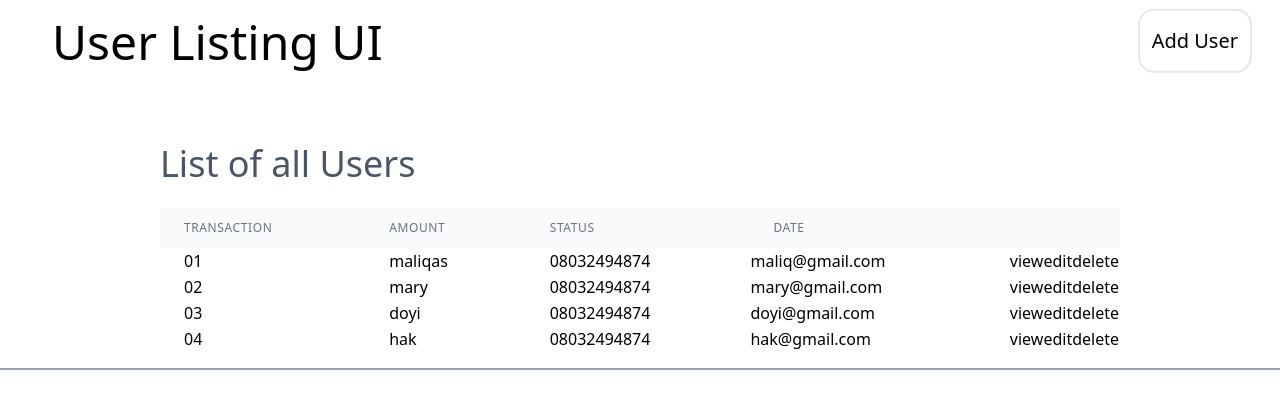
Repository: Marlstergo/listings
Page: / (app in client/)
The author's editor kept a copy of each file at every save. The page is drawn from the files as they stood at one save, then again after the next save.
The browser window is 1280 px wide. The pictures show the whole page.
The project was rebuilt for these pictures with package versions that can differ from the ones it lists, and the page was loaded fresh each time. Also part of the build but not shown: client/craco.config.js, client/src/components/Loader.js, client/src/components/List.js, client/src/components/EditUser.js.

Above is the page before, as saved 2021-07-21 16:35:25.

### client/src/index.js
/* eslint-disable no-unused-vars */
import React from "react";
import ReactDOM from "react-dom";
import "./index.css";
import App from "./App";
import reportWebVitals from "./reportWebVitals";
import { BrowserRouter as Router } from 'react-router-dom';
import { Provider } from "react-redux";
import { store } from "./redux/store";
import { PersistGate } from "redux-persist/integration/react";
import { persistor } from "./redux/store";

ReactDOM.render(
  <React.StrictMode>
    <Provider store={store}>
      <Router>
        <PersistGate persistor={persistor}>
          <App />
        </PersistGate>
      </Router>
    </Provider>
  </React.StrictMode>,
  document.getElementById("root")
);

// If you want to start measuring performance in your app, pass a function
// to log results (for example: reportWebVitals(console.log))
// or send to an analytics endpoint. Learn more: https://bit.ly/CRA-vitals
reportWebVitals();

### client/src/App.js
import React, { useState } from "react";
import { BrowserRouter, Route, Switch, useLocation } from "react-router-dom";
import Header from "./components/Header";
import Home from "./components/Home";
import List from "./components/List";
// import Toppings from "./components/Toppings";
import Order from "./components/EditUser";
// import Modal from "./components/Modal";
import { AnimatePresence } from "framer-motion";

function App() {
  const location = useLocation();
  const showModal = true;

  return (
    <>
      <Header />
      {/* <Modal showModal={showModal} /> */}
      <AnimatePresence exitBeforeEnter>
        <BrowserRouter>
          <Switch>
            <Route exact name="home" path="/">
              <Home />
            </Route>
            {/* <Route exact path="/createUpdateUser">
            <Toppings />
          </Route> */}
            <Route path="/edit" exact name="order">
              <Order />
            </Route>
            <Route path="/view" exact name="view">
              <List/>
            </Route>
          </Switch>
        </BrowserRouter>
      </AnimatePresence>
    </>
  );
}

export default App;

### client/src/redux/store.js
import { createStore, applyMiddleware } from "redux";
import { logger } from 'redux-logger';
import {persistStore} from 'redux-persist';
// import thunk from 'redux-thunk'
import createSagaMiddleware from 'redux-saga'

import rootSaga from './root-sagas'

import rootReducer from './root-reducer';

const sagaMiddleware = createSagaMiddleware()

const middleware = [sagaMiddleware];

if( process.env.NODE_ENV === 'development'){
    middleware.push(logger)
}

export const store = createStore(rootReducer, applyMiddleware(...middleware))

sagaMiddleware.run(rootSaga)

export const persistor = persistStore(store)

export default (store, persistor);

### client/src/components/Header.js
import React from "react";
import { motion } from "framer-motion";

const svgVariants = {
  hidden: { rotate: -180 },
  visible: {
    rotate: 0,
    transition: { duration: 1 },
  },
};

const pathVariants = {
  hidden: {
    opacity: 0,
    pathLength: 0,
  },
  visible: {
    opacity: 1,
    pathLength: 1,
    transition: {
      duration: 2,
      ease: "easeInOut",
    },
  },
};

const buttonVariants = {
  show: {
    y: [0, -20],
    x: 0,
    textShadow: "0px 0px 8px rgb(255,255,255)",
    boxShadow: "0px 0px 8px rgb(255,255,255)",
    transition: {
      duration: 0.3,
      yoyo: Infinity,
      ease: 'easeOut'
    },
  },
};

const Header = () => {
  return (
    <header className="flex p-7 w-screen justify-between  items-center">
      {/* <motion.div
        className="logo"
        drag
        dragConstraints={{ left: 0, top: 0, right: 0, bottom: 0 }}
        dragElastic={0.7}
      >

      </motion.div> */}
      <motion.div
        className=" flex justify-between w-full ml-6 text-xs"
        initial={{ y: -250 }}
        animate={{ y: -10 }}
        transition={{ delay: 0.2, type: "spring", stiffness: 120 }}
      >
        <h1 className=" pb-4 text-5xl">User Listing UI</h1>
        <motion.button variants={buttonVariants} whileHover="hover"
        animate="show"
        className="text-xl border-2 px-3 rounded-2xl active:bg-gray-200"
        >
          Add User
        </motion.button>
      </motion.div>
    </header>
  );
};

export default Header;

### client/src/components/Home.js
import React from "react";
import { Link } from "react-router-dom";
import { motion } from "framer-motion";
import Loader from "./Loader";
import UserRow from "./UserRow";



const containerVariants = {
  hidden: {
    opacity: 0,
  },
  visible: {
    opacity: 1,
    transition: { delay: 1.5, duration: 1.5 },
  },
  exit: {
    x: "-100vh",
    transition: { ease: "easeInOut" },
  },
};
const buttonVariants = {
  hover: {
    scale: 1.1,
    textShadow: "0px 0px 8px rgb(255,255,255)",
    boxShadow: "0px 0px 8px rgb(255,255,255)",
    transition: {
      duration: 0.3,
      yoyo: Infinity
    }
  }
}
const users = [
  {
    id: '01',
    name: "maliqas",
    email: "maliq@gmail.com",
    phone: '08032494874'
  },
  {
    id: '02',
    name: "mary",
    email: "mary@gmail.com",
    phone: '08032494874'
  },
  {
    id: '03',
    name: "doyi",
    email: "doyi@gmail.com",
    phone: '08032494874'
  },
  {
    id: '04',
    name: "hak",
    email: "hak@gmail.com",
    phone: '08032494874'
  },
];
const Home = () => {
  return (
    <motion.div
      className="  pb-4 mb-4 border-b-2 border-gray-400 flex flex-col items-center"
      variants={containerVariants}
      initial="hidden"
      animate="visible"
      exit="exit"
    >
      <div className="w-3/4 ">
        <h1 className="text-gray-600 py-6 text-4xl">List of all Users</h1>

        <table className="min-w-full divide-y divide-gray-200">
          <thead>
            <tr>
              <th className="px-6 py-3 bg-gray-50 text-left text-xs font-medium text-gray-500 uppercase tracking-wider">
                Transaction
              </th>
              <th className="px-6 py-3 bg-gray-50 text-left text-xs font-medium text-gray-500 uppercase tracking-wider">
                Amount
              </th>
              <th className=" px-6 py-3 bg-gray-50 text-left text-xs font-medium text-gray-500 uppercase tracking-wider">
                Status
              </th>
              <th className="px-6 py-3 bg-gray-50 text-left text-xs font-medium text-gray-500 uppercase tracking-wider">
                Date
              </th>
            </tr>
            {
              users.map((user) =>(
                <UserRow name={user.name} id={user.id} email={user.email} phone={user.phone} />
              ))
            }
          </thead>
        </table>
      </div>
    </motion.div>
  );
};

export default Home;

### client/src/redux/root-sagas.js
import {all, call} from 'redux-saga/effects'
import {userSagas} from './user/user.sagas'


export default function* rootSaga(){
    yield all([
        call(userSagas),
    ])
}

### client/src/redux/root-reducer.js
import {combineReducers} from 'redux'
import userReducer from './user/user.reducer'
// import cartReducer from './cart/cart.reducer'
import {persistReducer} from 'redux-persist'
import storage from 'redux-persist/lib/storage'
// import directoryReducer from './directory/directory.reducer'
// import shopReducer from './shop/shop.reducer'

const persistConfig ={
    key: 'root',
    storage,
    whitelist: ['' ]
}
const rootReducer = combineReducers({
    user: userReducer,

})
export default persistReducer(persistConfig, rootReducer)

### client/src/components/UserRow.jsx
import React from "react";

const UserRow = ({ id, name, phone, email }) => {
  console.log(phone);
  return (
    <tr>
      <td className="px-6">{id}</td>
      <td className="px-6">{name}</td>
      <td className="px-6">{phone}</td>
      <td className=" flex justify-between ">
        <p className="">{email}</p>
        <span className="">
          <button>view</button>
          <button>edit</button>
          <button>delete</button>
        </span>
      </td>
    </tr>
  );
};

export default UserRow;

### client/src/redux/user/user.sagas.js
import { all, call, put, takeLatest } from "redux-saga/effects";

import UserActionTypes from "./user.types";
import { loadUserDetail } from "./user.action";
// import axios from "axios";
// import { getUserDetailsURL } from "../../components/stringConstants";

export function* getDetails() {
  yield console.log("i fired");

  // try {
  //   console.log("inside try");

  //   const res = yield axios.get(getUserDetailsURL);
  //   const data = yield res.data;
  //   console.log(res);
  //   yield put(loadUserDetail(data ? data.data[0] : {}));
  // } catch (err) {
  //   console.log(err.response);
  //   if (err.response && err.response.statusText === "Not Found") {
  //     // console.log("");
  //     window.location.href = "/profile/settings?newUser=0837";
  //   }
  // }
}

export function* getUserDetails() {
  yield takeLatest(UserActionTypes.GET_USER_DETAIL, getDetails);
}
// export function* loadUserDetails(){
//     yield takeLatest(UserActionTypes.LOAD_USER_DETAIL, loadDetails)
// }

export function* userSagas() {
  yield all([call(getUserDetails)]);
}

### client/src/redux/user/user.reducer.js
import UserActionTypes from "./user.types";
const INITIAL_STATE = {
  // currentUser: null,
  userDetail: {},
  demo: 'i am demo',
  location: null

};
const userReducer = (state = INITIAL_STATE, action) => {
  switch (action.type) {

    case UserActionTypes.LOAD_USER_DETAIL:
      return {
        ...state,
        userDetail: action.payload,
      };

    case UserActionTypes.COLLECT_GEOLOCATION:
      return {
        ...state,
        location: action.payload
      }
    default:
      return state;
  }
};

export default userReducer;

### client/src/redux/user/user.types.js
const UserActionTypes ={
    GOOGLE_SIGN_IN_START : 'GOOGLE_SIGN_IN_START',
    SIGN_IN_SUCCESS : 'SIGN_IN_SUCCESS',
    SIGN_IN_FAILURE : 'SIGN_IN_FAILURE',
    GET_USER_DETAIL: 'GET_USER_DETAIL',
    LOAD_USER_DETAIL: 'LOAD_USER_DETAIL',
    COLLECT_GEOLOCATION: 'COLLECT_GEOLOCATION',
    FETCH_GEOLOCATION: 'FETCH_GEOLOCATION'
}
export default UserActionTypes;

### client/src/redux/user/user.action.js
import UserActionTypes from './user.types'



// export const googleSignInStart = () => ({
//     type: UserActionTypes.GOOGLE_SIGN_IN_START
// })

// export const signInSuccess = (user) => ({
//     type: UserActionTypes.SIGN_IN_SUCCESS,
//     payload: user
// })

export const getUserDetail = () => ({
    type: UserActionTypes.GET_USER_DETAIL,

})
export const loadUserDetail = (details) => ({
    type: UserActionTypes.LOAD_USER_DETAIL,
    payload: details
})

export const fetchGeoloction = () => ({
    type: UserActionTypes.FETCH_GEOLOCATION
})
export const collectGeolocation = (location) => ({
    type: UserActionTypes.COLLECT_GEOLOCATION,
    payload: location
})
// })

### client/tailwind.config.js
// tailwind.config.js
module.exports = {
  // mode:'jit',
  purge: ["./src/**/*.{js,jsx,ts,tsx}", "./public/index.html"],
  darkMode: false, // or 'media' or 'class'
  theme: {
    extend: {},
  },
  variants: {
    extend: {
      backgroundColor: ["active"],
    },
  },
  plugins: [],
};

Loaded but not shown: client/public/index.html (common file); client/src/index.css (common file); client/src/reportWebVitals.js (common file)

After the next save:
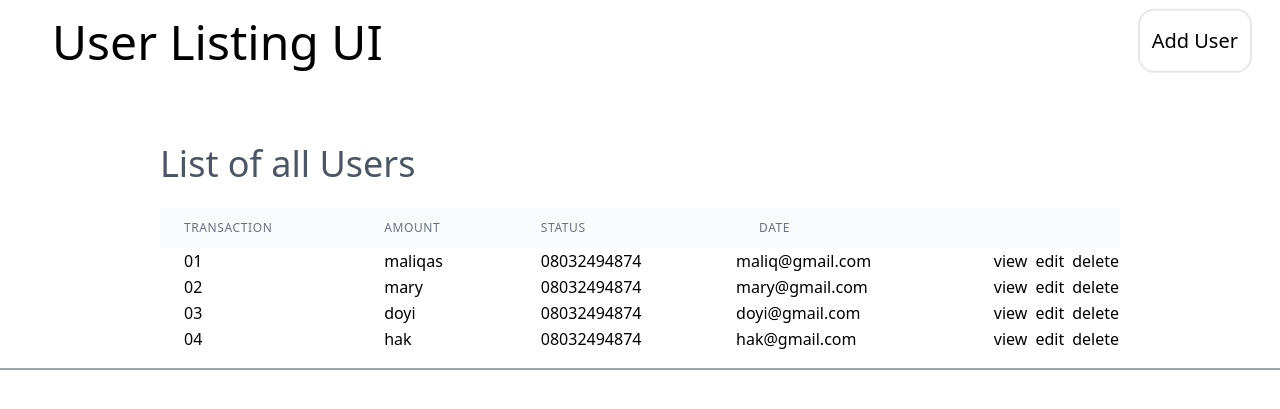
Saved 16 s later.
--- a/client/src/components/UserRow.jsx
+++ b/client/src/components/UserRow.jsx
@@ -9,7 +9,7 @@ const UserRow = ({ id, name, phone, email }) => {
       <td className="px-6">{phone}</td>
       <td className=" flex justify-between ">
         <p className="">{email}</p>
-        <span className="">
+        <span className=" space-x-2">
           <button>view</button>
           <button>edit</button>
           <button>delete</button>
